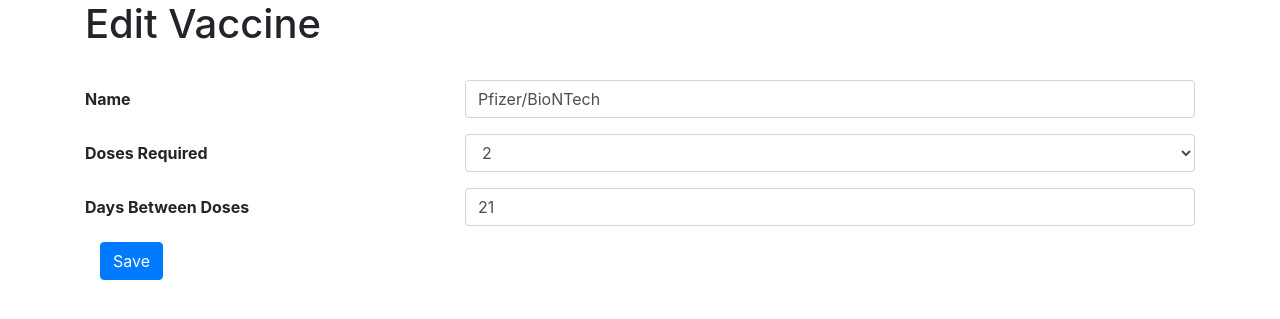
Repository: Thangtran1100/School-Stuff
Page: http://localhost/lab9/EditVaccine?id=1
These files come from the project's save history. The page is drawn as it stood at one moment and after the next save; the edit follows.
The browser window is 1280 px wide. The pictures show the whole page.
The page is served by Tomcat 9. Other server files are loaded and not shown.

Above is the page before, as saved 2023-03-27 23:05:47.

### Spring 2023/CS3220/Assignments/3220-Lab9-App/lab9/src/main/webapp/EditVaccine.jsp
<%@ page language="java" contentType="text/html; charset=UTF-8"
    pageEncoding="UTF-8"%>
<%@ taglib prefix="c" uri="http://java.sun.com/jsp/jstl/core"%>
<!DOCTYPE html>
<html lang="en">
<head>
    <meta charset="UTF-8">
    <title>Edit Vaccine</title>
    <link rel="stylesheet"
	href="https://maxcdn.bootstrapcdn.com/bootstrap/4.0.0/css/bootstrap.min.css">
</head>
<body>
    <div class="container">
        <h1>Edit Vaccine</h1><br>
        <form action="EditVaccine" method="post" class="form-horizontal">
            <input type="hidden" name="id" value="${vaccineEntry.id}">

            <div class="form-group row">
                <label for="name" class="col-lg-4 font-weight-bold col-form-label control-label">Name</label>
                <div class="col-lg-8">
                    <input type="text" name="name" class="form-control" value="${vaccineEntry.vaccine}">
                </div>
            </div>

            <div class="form-group row">
                <label for="dose" class="col-lg-4 font-weight-bold col-form-label control-label">Doses Required</label>
                <div class="col-lg-8">
                    <select name="dose" class="form-control">
                        <c:forEach begin="1" end="2" var="index">
                            <c:choose>
                                <c:when test="${index == vaccineEntry.doseRequired}">
                                    <option value="${index}" selected>${index}</option>
                                </c:when>
                                <c:otherwise>
                                    <option value="${index}">${index}</option>
                                </c:otherwise>
                            </c:choose>
                        </c:forEach>
                    </select>
                </div>
            </div>

            <div class="form-group row">
                <label for="days" class="col-lg-4 font-weight-bold col-form-label control-label">Days Between Doses</label>
                <div class="col-lg-8">
                    <input type="text" name="days" class="form-control" value="${vaccineEntry.daysBetweenDose}">
                </div>
            </div>

            <div class="form-group">
                <div class="col-lg-offset-1 col-lg-11">
                    <button type="submit" class="btn btn-primary">Save</button>
                </div>
            </div>
        </form>
    </div>

</body>
</html>

### Spring 2023/CS3220/Assignments/3220-Lab9-App/lab9/src/main/java/lab9/servlet/EditVaccine.java
package lab9.servlet;

import java.io.IOException;
import java.io.PrintWriter;
import java.util.List;

import javax.servlet.ServletException;
import javax.servlet.annotation.WebServlet;
import javax.servlet.http.HttpServlet;
import javax.servlet.http.HttpServletRequest;
import javax.servlet.http.HttpServletResponse;

import model.VaccineEntry;
import utilities.ServletUtilities;

/**
 * Servlet implementation class EditVaccine
 */
@WebServlet("/EditVaccine")
public class EditVaccine extends HttpServlet {
	private static final long serialVersionUID = 1L;

    /**
     * @see HttpServlet#HttpServlet()
     */
    public EditVaccine() {
        super();
        // TODO Auto-generated constructor stub
    }

	/**
	 * @see HttpServlet#doGet(HttpServletRequest request, HttpServletResponse response)
	 */
	protected void doGet(HttpServletRequest request, HttpServletResponse response) throws ServletException, IOException {
		// TODO Auto-generated method stub

		List<VaccineEntry> entries = ServletUtilities.getVaccineEntresFromServletContext(getServletContext());

		int vaccineId = Integer.parseInt(request.getParameter("id"));

		VaccineEntry vaccineEntry = null;

		for(VaccineEntry entry : entries)
		{
			if(entry.getId() == vaccineId)
			{
				vaccineEntry = entry;
				break;
			}
		}

		request.setAttribute("vaccineEntry", vaccineEntry);
		request.getRequestDispatcher("EditVaccine.jsp").forward(request, response);

	}

	/**
	 * @see HttpServlet#doPost(HttpServletRequest request, HttpServletResponse response)
	 */
	protected void doPost(HttpServletRequest request, HttpServletResponse response) throws ServletException, IOException {
		// TODO Auto-generated method stub


		String vaccine = request.getParameter( "name" );
        String doses = request.getParameter( "dose" );
        String days = request.getParameter( "days" );

        List<VaccineEntry> entries = ServletUtilities.getVaccineEntresFromServletContext(getServletContext());


        for( VaccineEntry entry : entries )
        {
        	if(vaccine.equals(entry.getVaccine()))
        	{
        		entry.setDoseRequired(doses);
        		entry.setDaysBetweenDose(days);
        	}
        }


        response.sendRedirect( "ListVaccine" );

	}

}

### Spring 2023/CS3220/Assignments/3220-Lab9-App/lab9/src/main/java/utilities/ServletUtilities.java
package utilities;

import java.util.ArrayList;
import java.util.List;

import javax.servlet.ServletContext;

import model.VaccineEntry;

public class ServletUtilities {

	public static final String VaccineEntresKey = "entries";
	public static final String DOCTYPE =
			"<!DOCTYPE HTML>";

	public static String headWithTitle(String title) {
		return(
				DOCTYPE + "\n" +
						"<HTML>\n" +
						"<HEAD><TITLE>" + title + "</TITLE></HEAD>\n");
	}

	public static String titleWithBody(String title, String body) {
		return (headWithTitle(title) + "<BODY>" + body + "</BODY>\n" + "</HTML>\n");
	}

	public static int getInt(String str){
		try {
			int val = str == null || str.trim().length() == 0 ? 0
		            : Integer.parseInt( str );
			return val;
		}catch(Exception ex) { }
		return 0;
   }

	public static VaccineEntry getEntry(List<VaccineEntry> entries, int id){
		VaccineEntry entry = null;
		for( var e : entries )
            if( e.getId() == id )
            {
                entry = e;
                break;
            }
		return entry;
   }

	public static List<VaccineEntry> getVaccineEntresFromServletContext(ServletContext context){
		var obj = context.getAttribute( VaccineEntresKey );
		if (obj == null) return new ArrayList<VaccineEntry>();
		try {
			return (List<VaccineEntry>) obj;
		}catch(Exception ex) { return new ArrayList<VaccineEntry>(); }
   }

}

After the next save:
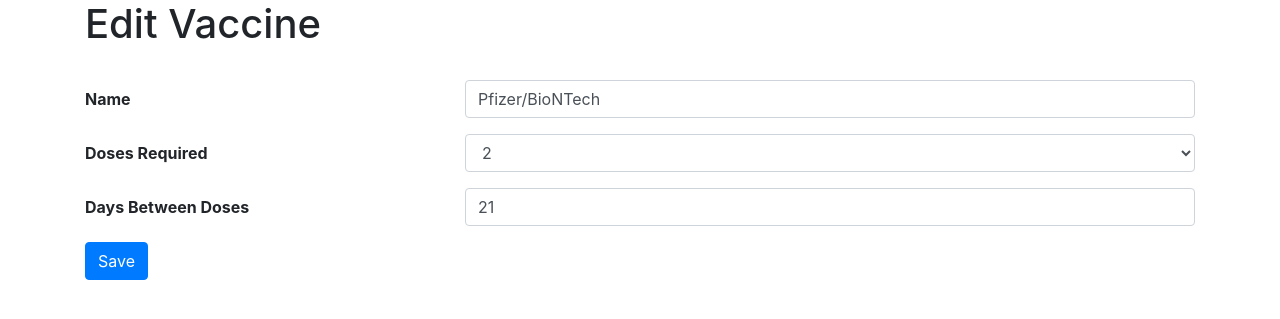
Saved 21 s later.
--- a/Spring 2023/CS3220/Assignments/3220-Lab9-App/lab9/src/main/webapp/EditVaccine.jsp
+++ b/Spring 2023/CS3220/Assignments/3220-Lab9-App/lab9/src/main/webapp/EditVaccine.jsp
@@ -47,8 +47,8 @@
                 </div>
             </div>
 
-            <div class="form-group">
-                <div class="col-lg-offset-1 col-lg-11">
+            <div class="form-group row">
+                <div class="col-lg-offset-4 col-lg-8">
                     <button type="submit" class="btn btn-primary">Save</button>
                 </div>
             </div>
